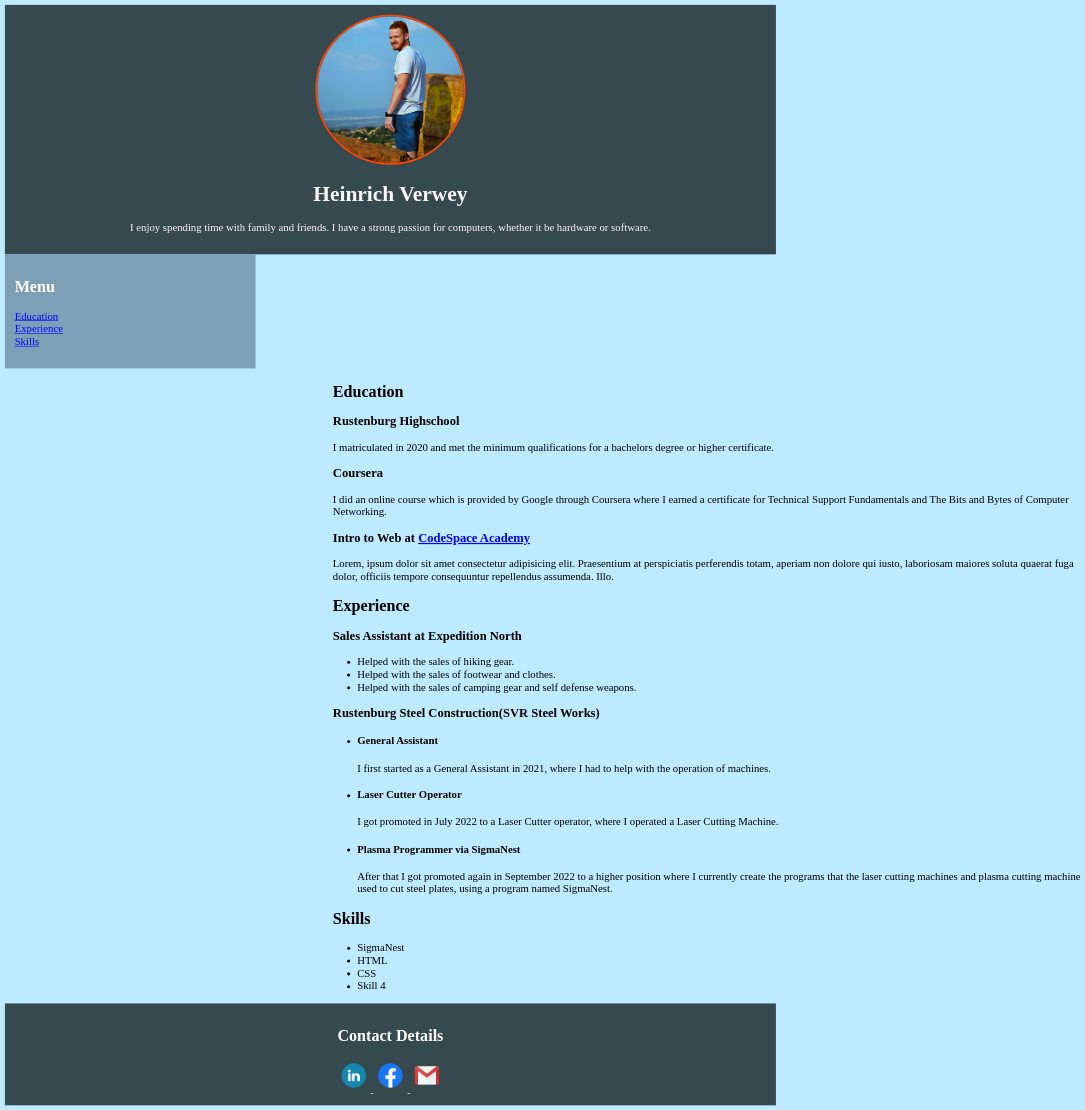
Repository: W3asl3y/IntroToWebDesign
Page: index.html
The author's editor kept a copy of each file at every save. The page is drawn from the files as they stood at one save, then again after the next save.
The browser window is 1280 px wide. The page is 1778 px wide, then 1676 px, so the pictures cover 1778 px, including what lies to the right of the window. The pictures show the whole page, at 61% of full size.

Above is the page before, as saved 2022-11-01 22:27:38.

### index.html
<!DOCTYPE html>
<html lang="en">
    <head>
        <meta charset="UTF-8">
        <meta http-equiv="X-UA-Compatible" content="IE=edge">
        <meta name="viewport" content="width=device-width, initial-scale=1.0">
        <title>
            My Resume
        </title>
        <link rel="stylesheet" type="text/css" href="css/stylesheet.css">

    </head>
    <body>
        <header id="heading">
            <img id="profile_picture" src="images/heinrich.jpg" alt="My profile picture" >
            <h1>
                 Heinrich Verwey
            </h1>
            <p>
                I enjoy spending time with family and friends. I have a strong passion for computers, whether it be hardware or software.
            </p>
        </header>
        <main>
            <div id="sidebar">
                <nav>
                    <h2 id="menu">
                        Menu
                    </h2>
                    <ul class="nav-menu">
                        <li>
                            <a href="#education"> Education </a>
                        </li>
                        <li>
                            <a href="#experience"> Experience </a>
                        </li>
                        <li>
                            <a href="#skills"> Skills </a>
                        </li>
                    </ul>
                </nav>
            </div>
            <div id="contents">
                <h2 id=education>
                    Education
                </h2>
                <h3>
                    Rustenburg Highschool
                </h3>
                <p>
                    I matriculated in 2020 and met the minimum qualifications for a bachelors degree or higher certificate.
                </p>
                <h3>
                    Coursera
                </h3>
                <p>
                    I did an online course which is provided by Google through Coursera where I earned a certificate for Technical Support Fundamentals and The Bits and Bytes of Computer Networking.
                </p>
                <h3>
                    Intro to Web at <a href="https://www.codespace.co.za/courses/frontend-web-development/">CodeSpace Academy</a>
                </h3>
                <p>
                    Lorem, ipsum dolor sit amet consectetur adipisicing elit. Praesentium at perspiciatis perferendis totam, aperiam non dolore qui iusto, laboriosam maiores soluta quaerat fuga dolor, officiis tempore consequuntur repellendus assumenda. Illo.
                </p>
                </h3>
                <h2 id="experience">
                    Experience
                </h2>
                <h3>
                    Sales Assistant at Expedition North
                </h3>
                <ul>
                    <li>
                        Helped with the sales of hiking gear.
                    </li>
                    <li>
                        Helped with the sales of footwear and clothes.
                    </li>
                    <li>
                        Helped with the sales of camping gear and self defense weapons.
                    </li>
                </ul>
                <h3>
                    Rustenburg Steel Construction(SVR Steel Works)
                </h3>
                <ul>
                    <li>
                        <h4>
                            General Assistant
                        </h4>
                            <p>
                                I first started as a General Assistant in 2021, where I had to help with the operation of machines.
                            </p>
                    </li>
                    <li>
                        <h4>
                            Laser Cutter Operator
                        </h4>
                            <p>
                                I got promoted in July 2022 to a Laser Cutter operator, where I operated a Laser Cutting Machine.
                            </p>
                    </li>
                    <li>
                        <h4>
                            Plasma Programmer via SigmaNest
                        </h4>
                            <p>
                                After that I got promoted again in September 2022 to a higher position where I currently create the programs that the laser cutting machines and plasma cutting machine used to cut steel plates, using a program named SigmaNest.
                            </p>
                    </li>
                </ul>
                <h2 id="skills">
                    Skills
                </h2>
                <ul>
                    <li>
                        SigmaNest
                    </li>
                    <li>
                        HTML
                    </li>
                    <li>
                        CSS
                    </li>
                    <li>
                        Skill 4
                    </li>
                </ul>
            </div>
        </main>
        <footer class="footer">
            <h2>
                Contact Details
            </h2>
                <a href="https://www.linkedin.com/in/heinrich-verwey-1627a7205/" target="_blank">
                    <img class="my_contacts" src="Images\LinkedIn.webp" alt="My LinkedIn">
                </a>
                <a  href="https://www.facebook.com/heinrich.verwey.79/" target="_blank">
                    <img class="my_contacts" src="Images\Facebook.webp" alt="LinkedIn" alt=" My Facebook">
                </a>
                <a href="mailto:verwey41@gmail.com" target="_blank">
                    <img class="my_contacts" src="Images\Gmail.webp" alt="My Email">
                </a>
        </footer>
    </body>
</html

### CSS/stylesheet.css
body{
     font-family:serif,sans-serif;
     font-size:110%;
     background-color: #bdeaff;
}



header {
     text-align: center;
    -webkit-text-fill-color: #FCF7F8;
     background-color: #36494e;
     padding: 1rem;
}

#profile_picture {
     width: 15rem;
     border-radius: 50%;
     border: 3px solid orangered;
}

#sidebar {
    background-color: #7ea0b7;
    width: 30%  ;
    padding: 1rem;
    position: sticky;
}

#menu {
     -webkit-text-fill-color:white ;
}

.nav-menu {
     list-style: none;
     padding: 0%;

}

#contents {
     padding-left: 2rem;
     position: relative;
     left: 40%;
}

a:link {
     color: blue;
}

a:visited {
     color: blue;
}

.my_contacts {
     width: 40px;
     padding: 0.5rem;
}



footer {
     background-color: #36494e;
     text-align: center;
     -webkit-text-fill-color: white;
     padding: 1rem;
}

After the next save:
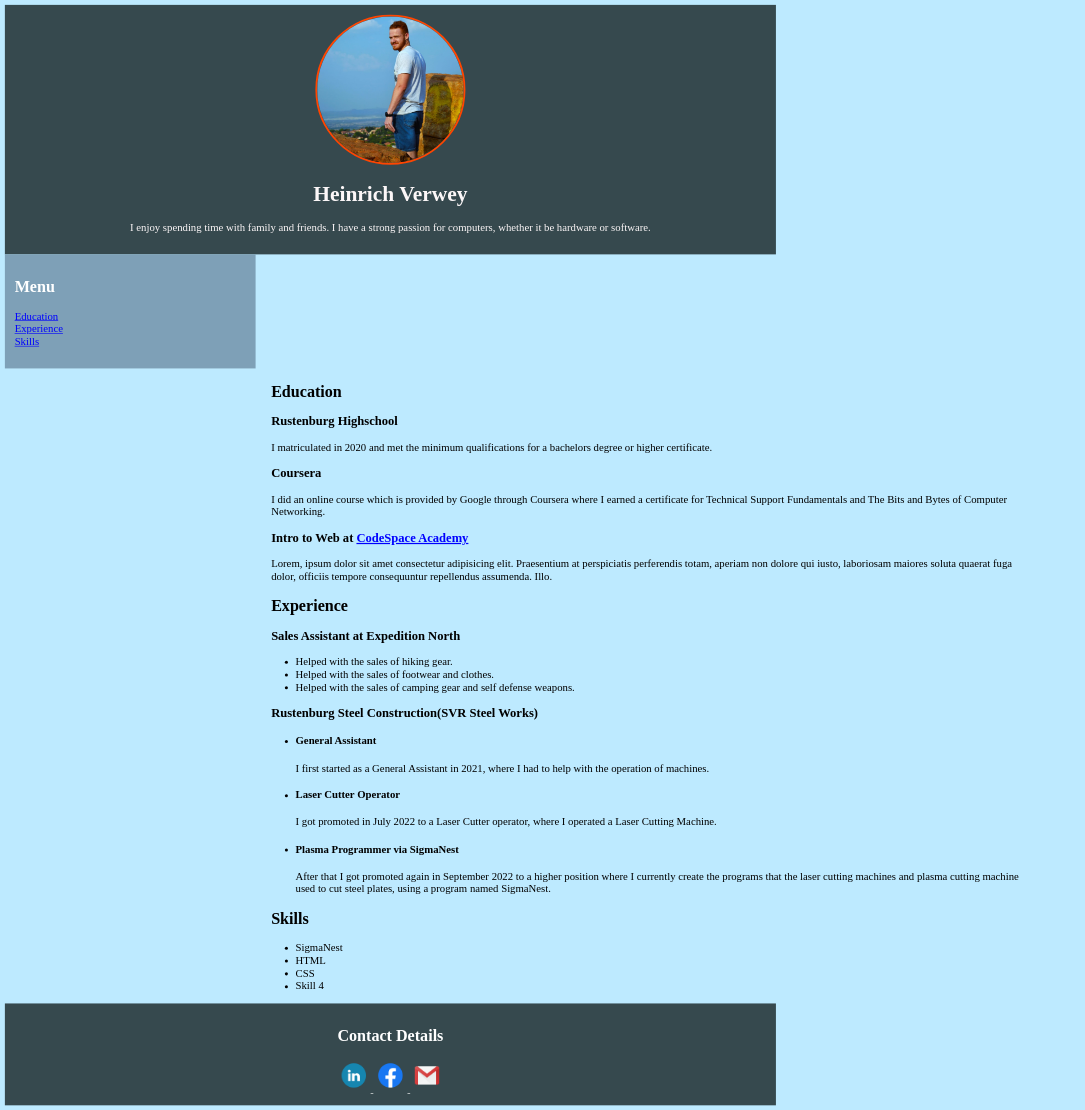
Saved 5 s later.
--- a/CSS/stylesheet.css
+++ b/CSS/stylesheet.css
@@ -39,7 +39,7 @@ header {
 #contents {
      padding-left: 2rem;
      position: relative;
-     left: 40%;
+     left: 32%;
 }
 
 a:link {
